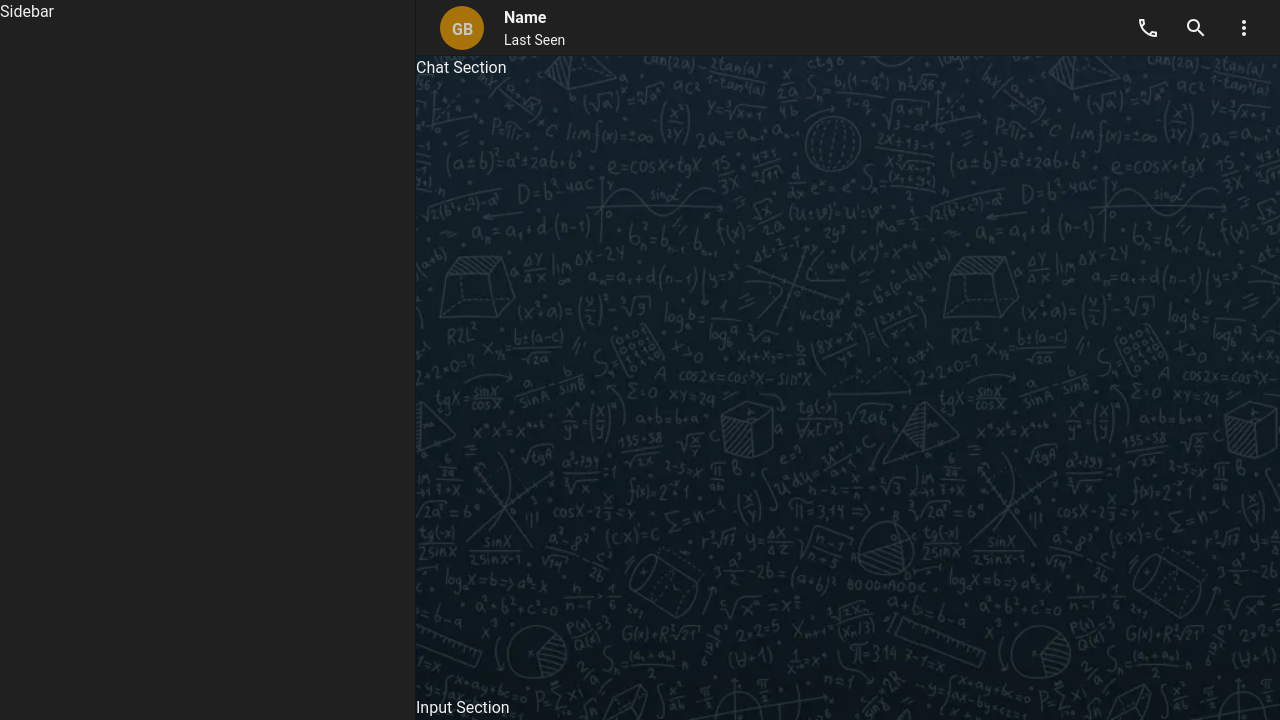
Repository: Qu4ntumGuy/telegram-clone
Page: /
An editor plug-in stored every save of this project. The page is shown before and after the next save, followed by the edit.
The browser window is 1280 px wide. The pictures show the whole page.
The project was rebuilt for these pictures with package versions that can differ from the ones it lists, and the page was loaded fresh each time. Also part of the build but not shown: src/Utils/ContextProvider.js, src/Pages/ChatPage.js/ChatPage.js.

Above is the page before, as saved 2024-07-15 12:13:12.

After the next save:
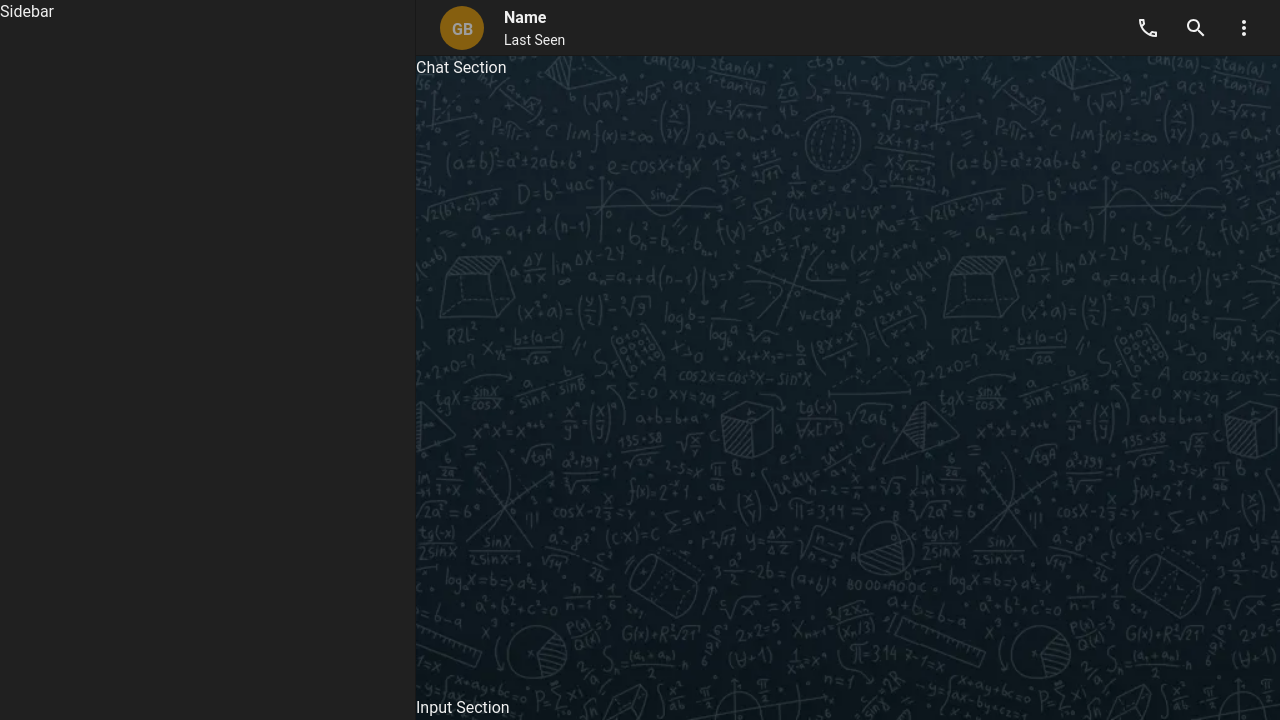
Saved 7 s later.
--- a/src/Components/Topbar.js
+++ b/src/Components/Topbar.js
@@ -7,7 +7,7 @@ function Topbar() {
   return (
     <div className="flex px-6 h-14">
       <div className="flex-1 flex items-center">
-        <div className="bg-yellow-600 opacity-80 p-3 rounded-full h-11 w-11 text-center align-middle font-bold">
+        <div className="bg-yellow-600 opacity-60 p-3 rounded-full h-11 w-11 text-center align-middle font-bold">
           GB
         </div>
         <div className="flex flex-col pl-5 w-full">
